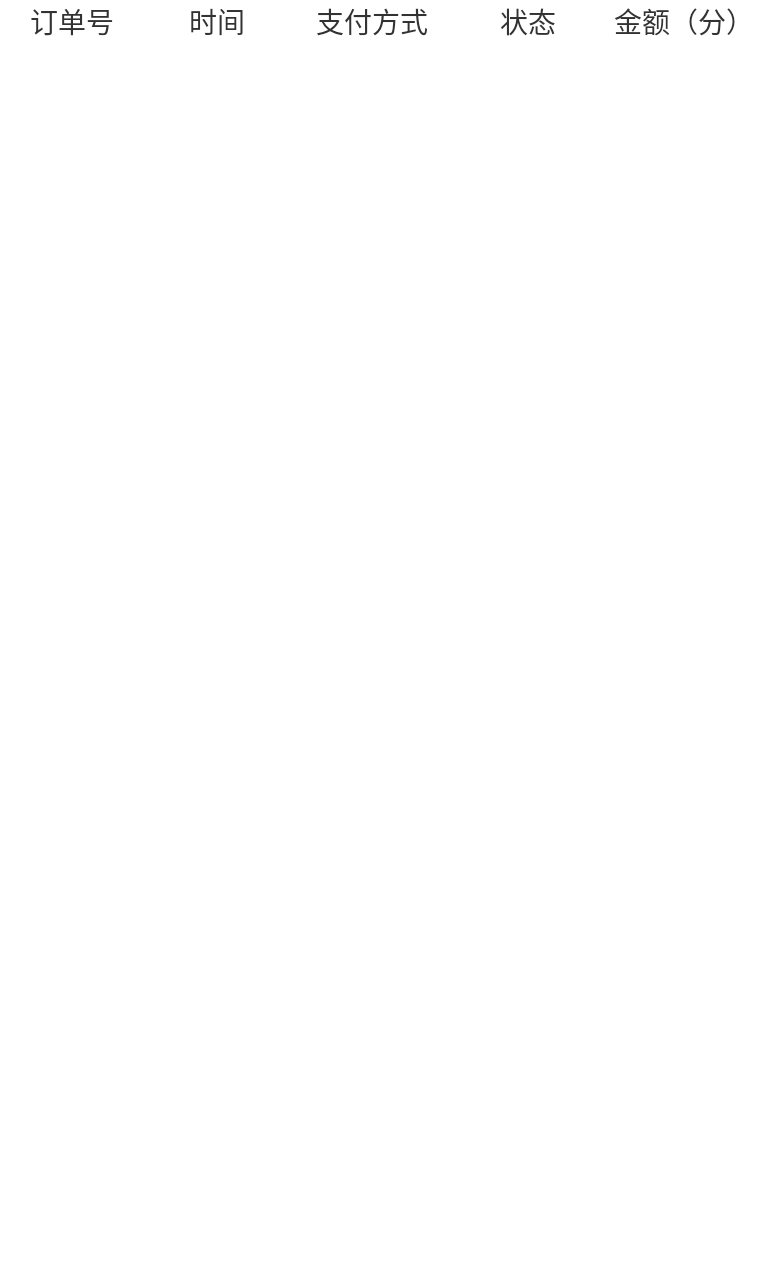
Repository: blanks1314/sysnc_android
Layout: UpayDemo/res/layout/view_head.xml
These files come from the project's save history. The layout is drawn as it stood at one moment and after the next save; the edit follows.
It is drawn on a 768 x 1280 px phone screen (xhdpi) without system bars, with theme AppTheme; the app's code is not run.

Above is the layout before, as saved 2015-05-05 02:05:55.

### UpayDemo/res/layout/view_head.xml
<?xml version="1.0" encoding="utf-8"?>
<LinearLayout xmlns:android="http://schemas.android.com/apk/res/android"
    android:layout_width="match_parent"
    android:layout_height="match_parent"
    android:orientation="horizontal"
    android:weightSum="1" >

    <TextView
        android:id="@+id/tvOrderId"
        android:layout_width="0dp"
        android:layout_height="wrap_content"
        android:layout_weight="0.2"
        android:gravity="center"
        android:text="订单号" />

    <TextView
        android:id="@+id/tvTime"
        android:gravity="center"
        android:layout_width="0dp"
        android:layout_height="wrap_content"
        android:layout_marginRight="5dp"
        android:layout_weight="0.2"
        android:text="时间" >
    </TextView>

    <TextView
        android:id="@+id/tvMethod"
        android:layout_width="0dp"
        android:gravity="center"
        android:layout_height="wrap_content"
        android:layout_marginRight="5dp"
        android:layout_weight="0.2"
        android:text="支付方式" >
    </TextView>

    <TextView
        android:id="@+id/tvState"
        android:layout_width="0dp"
        android:gravity="center"
        android:layout_height="wrap_content"
        android:layout_marginRight="5dp"
        android:layout_weight="0.2"
        android:text="状态" >
    </TextView>

    <TextView
        android:id="@+id/tvAmount"
        android:layout_width="0dp"
        android:gravity="center"
        android:layout_height="wrap_content"
        android:layout_marginRight="5dp"
        android:layout_weight="0.2"
        android:text="金额（分）" >
    </TextView>

</LinearLayout>

### UpayDemo/res/values/styles.xml
<resources xmlns:android="http://schemas.android.com/apk/res/android">

    <!--
        Base application theme, dependent on API level. This theme is replaced
        by AppBaseTheme from res/values-vXX/styles.xml on newer devices.













    -->
    <style name="AppBaseTheme" parent="Theme.AppCompat.Light">
        <!--
            Theme customizations available in newer API levels can go in
            res/values-vXX/styles.xml, while customizations related to
            backward-compatibility can go here.













        -->
    </style>

    <!-- Application theme. -->
    <!--
    <style name="AppTheme" parent="AppBaseTheme">
        All customizations that are NOT specific to a particular API-level can go here.
    </style>








    -->

    <style name="AppTheme" parent="Theme.AppCompat.Light">
        <item name="tabView">@style/TabView</item>
        <item name="tabPageIndicator">@style/TabIndicator</item>
    </style>

    <style name="TabIndicator" />

    <style name="TabView">
        <item name="android:addStatesFromChildren">true</item>
        <item name="android:orientation">vertical</item>
        <item name="android:gravity">bottom|center_horizontal</item>
        <item name="android:layout_width">0dp</item>
        <item name="android:background">@android:color/white</item>
        <item name="android:layout_height">match_parent</item>
    </style>

    <style name="text_style_1">
        <item name="android:textSize">16sp</item>
        <item name="android:layout_width">0dp</item>
        <item name="android:layout_weight">1</item>
        <item name="android:layout_height">fill_parent</item>
        <item name="android:gravity">center_vertical</item>
        <item name="android:ellipsize">marquee</item>
        <item name="android:singleLine">true</item>
    </style>

    <style name="edit_style_1">
        <item name="android:textSize">16sp</item>
        <item name="android:layout_width">0dp</item>
        <item name="android:layout_weight">1</item>
        <item name="android:layout_height">fill_parent</item>
        <item name="android:gravity">center_vertical</item>
    </style>

    <style name="spn_style_1">
        <item name="android:textSize">10sp</item>
        <item name="android:layout_width">wrap_content</item>
        <item name="android:layout_height">fill_parent</item>
    </style>

    <style name="linear_style_1">
        <item name="android:layout_width">match_parent</item>
        <item name="android:gravity">center_vertical</item>
        <item name="android:layout_height">40dp</item>
        <item name="android:orientation">horizontal</item>
        <item name="android:layout_marginLeft">5dp</item>
        <item name="android:layout_marginRight">5dp</item>
        <item name="android:layout_marginTop">10dp</item>
    </style>

    <style name="img_btn_1">
        <item name="android:layout_width">wrap_content</item>
        <item name="android:layout_height">wrap_content</item>
        <item name="android:padding">10dp</item>
    </style>

    <style name="btn_style_1">
        <item name="android:layout_width">200dp</item>
        <item name="android:layout_height">wrap_content</item>
        <item name="android:background">@drawable/btn_selecter</item>
        <item name="android:textColor">@color/white</item>
        <item name="android:layout_marginTop">10dp</item>
    </style>

    <style name="btn_style_2">
        <item name="android:layout_width">100dp</item>
        <item name="android:layout_height">wrap_content</item>
        <item name="android:background">@drawable/btn_selecter</item>
        <item name="android:textColor">@color/white</item>
        <item name="android:layout_marginTop">10dp</item>
    </style>

    <style name="loading_dialog" parent="android:style/Theme.Dialog">
        <item name="android:windowFrame">@null</item>
        <item name="android:windowNoTitle">true</item>
        <item name="android:windowIsFloating">true</item>
        <item name="android:windowContentOverlay">@null</item>
        <item name="android:windowBackground">@android:color/transparent</item>
        <item name="android:background">#00000000</item>
 <!-- 设置自定义布局的背景透明 -->
    </style>

    <style name="error_dialog" parent="@android:style/Theme.Dialog">

                　　        <item name="android:windowFrame">@null</item>

                　　        <item name="android:windowIsFloating">true</item>

                　　        <item name="android:windowIsTranslucent">false</item>

                　　        <item name="android:windowNoTitle">true</item>

                　　        <item name="android:background">@android:color/white</item>

                　　        <item name="android:windowBackground">@null</item>

                　　        <item name="android:backgroundDimEnabled">false</item>
        <item name="android:textColor">@android:color/black</item>
    </style>

</resources>

### UpayDemo/res/values/attrs.xml
<?xml version="1.0" encoding="utf-8"?>
<resources>
    <declare-styleable name="TabView">
        <attr name="tabPageIndicator" format="reference" />
        <attr name="tabView" format="reference" />
    </declare-styleable>

    <string-array name="currTypes">
        <item >RMB(156)</item>
    </string-array>
</resources>

Loaded but not shown: UpayDemo/res/values-v11/styles.xml (common file); UpayDemo/res/values-v14/styles.xml (common file); UpayDemo/res/values/values.xml (657 lines, source omitted)

After the next save:
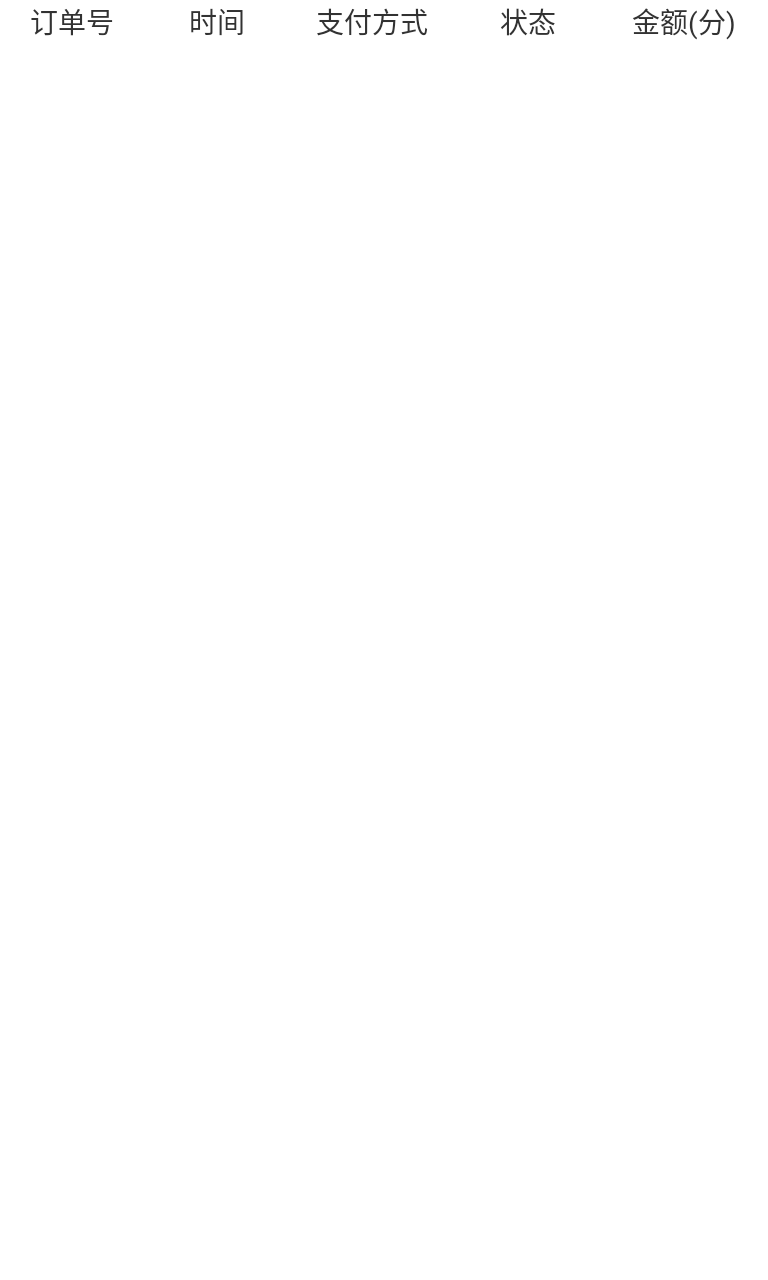
Saved 15 s later.
--- a/UpayDemo/res/layout/view_head.xml
+++ b/UpayDemo/res/layout/view_head.xml
@@ -50,7 +50,7 @@
         android:layout_height="wrap_content"
         android:layout_marginRight="5dp"
         android:layout_weight="0.2"
-        android:text="金额（分）" >
+        android:text="金额(分)" >
     </TextView>
 
 </LinearLayout>
